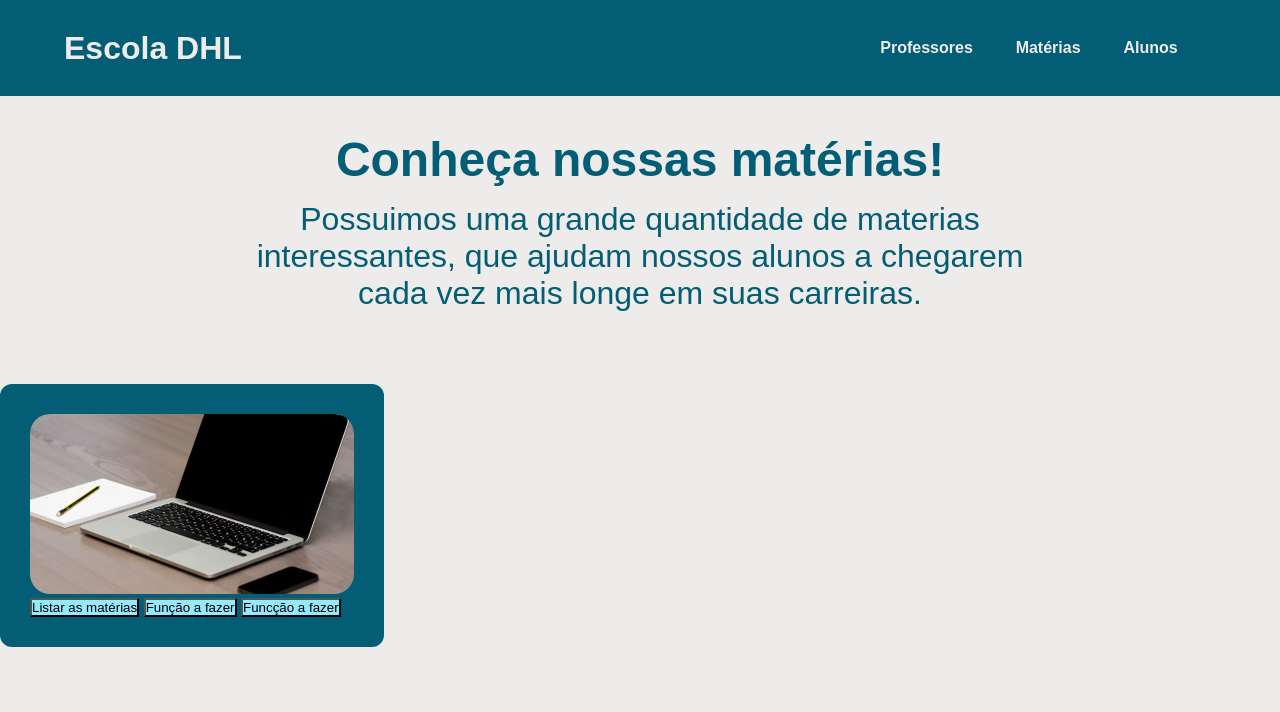
Repository: SirHick/sa-sistema-escola-DHL
Page: front/materias.html
An editor plug-in stored every save of this project. The page is shown before and after a run of saves, followed by the edit.
The browser window is 1280 px wide. The pictures show the whole page.

Above is the page before, as saved 2026-07-17 16:37:48.

After the next 4 saves:
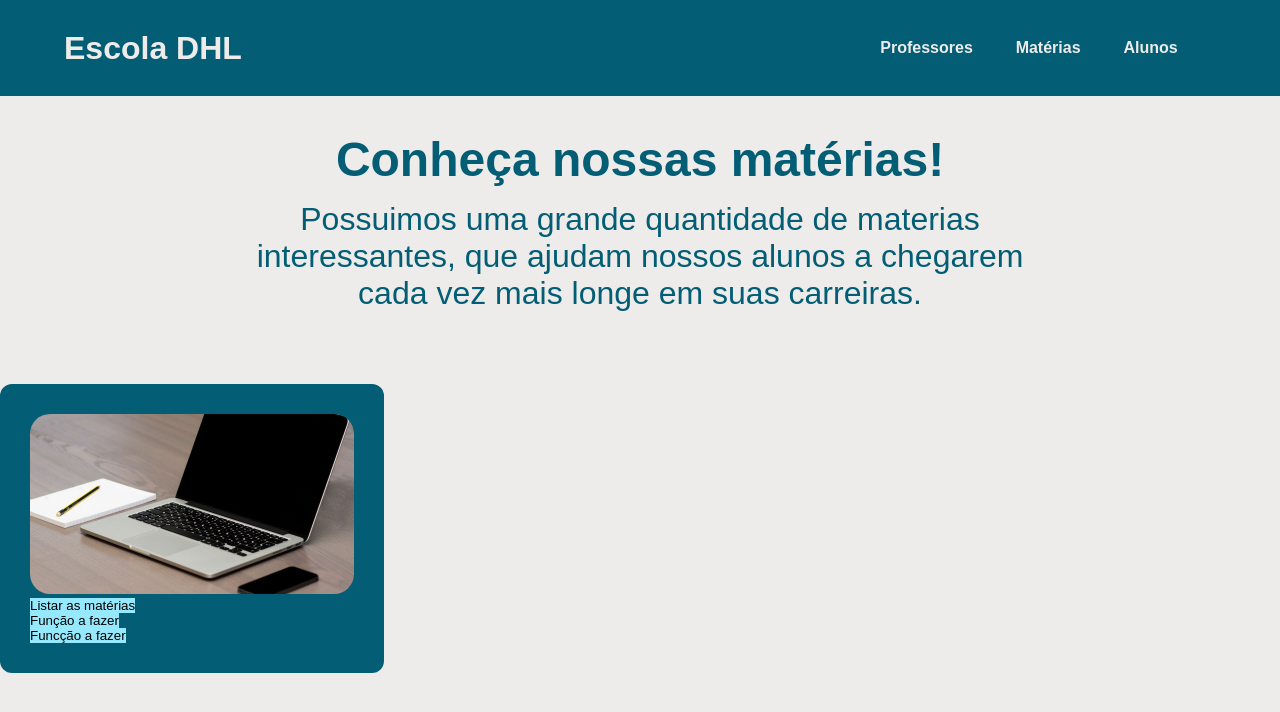
The 4 saves are shown as one change because they came seconds apart.
The last was saved 14 s later.
--- a/front/style.css
+++ b/front/style.css
@@ -97,4 +97,6 @@ header nav a{
 
 .image-with-buttons button{
     background-color: #96E8FC;
+    border: none;
+    display: block;
 }
